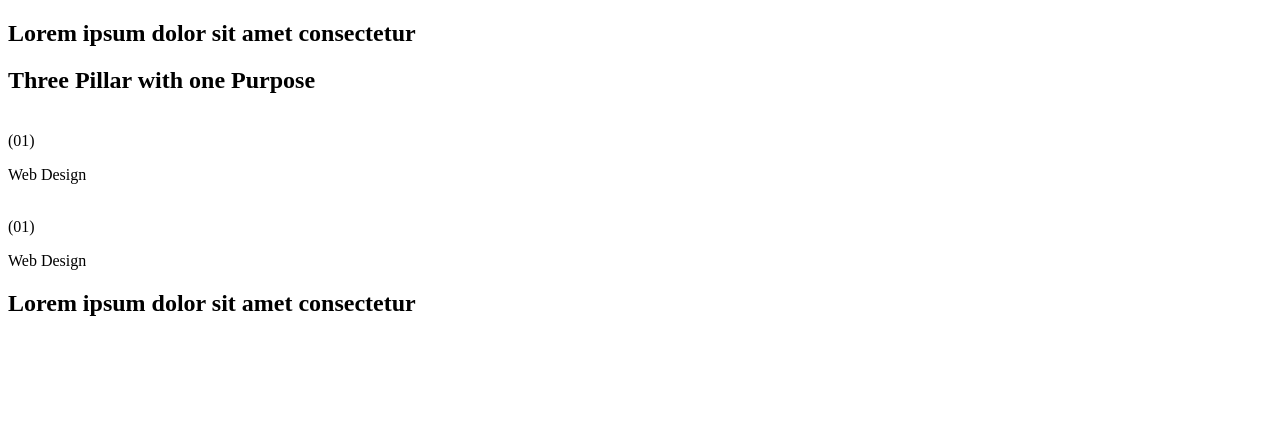
Repository: Ajeyinka/Split-card
Page: index.html
An editor plug-in stored every save of this project. The page is shown before and after the next save, followed by the edit.
The browser window is 1280 px wide. The pictures show the whole page.

Above is the page before, as saved 2026-02-12 20:48:10.

After the next save:
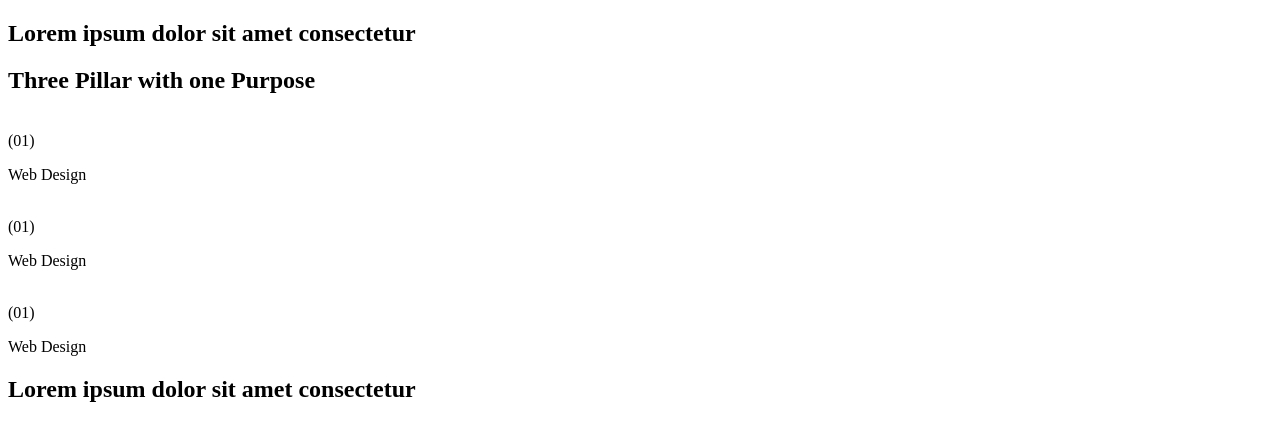
Saved 7 s later.
--- a/index.html
+++ b/index.html
@@ -34,7 +34,15 @@
             <p>Web Design</p>
           </div>
         </div>
-        <div class="card" id="card-3"></div>
+        <div class="card" id="card-3">
+          <div class="card-front">
+            <img src="" alt="" />
+          </div>
+          <div class="card-back">
+            <span>(01)</span>
+            <p>Web Design</p>
+          </div>
+        </div>
       </div>
     </section>
     <section class="outro">
